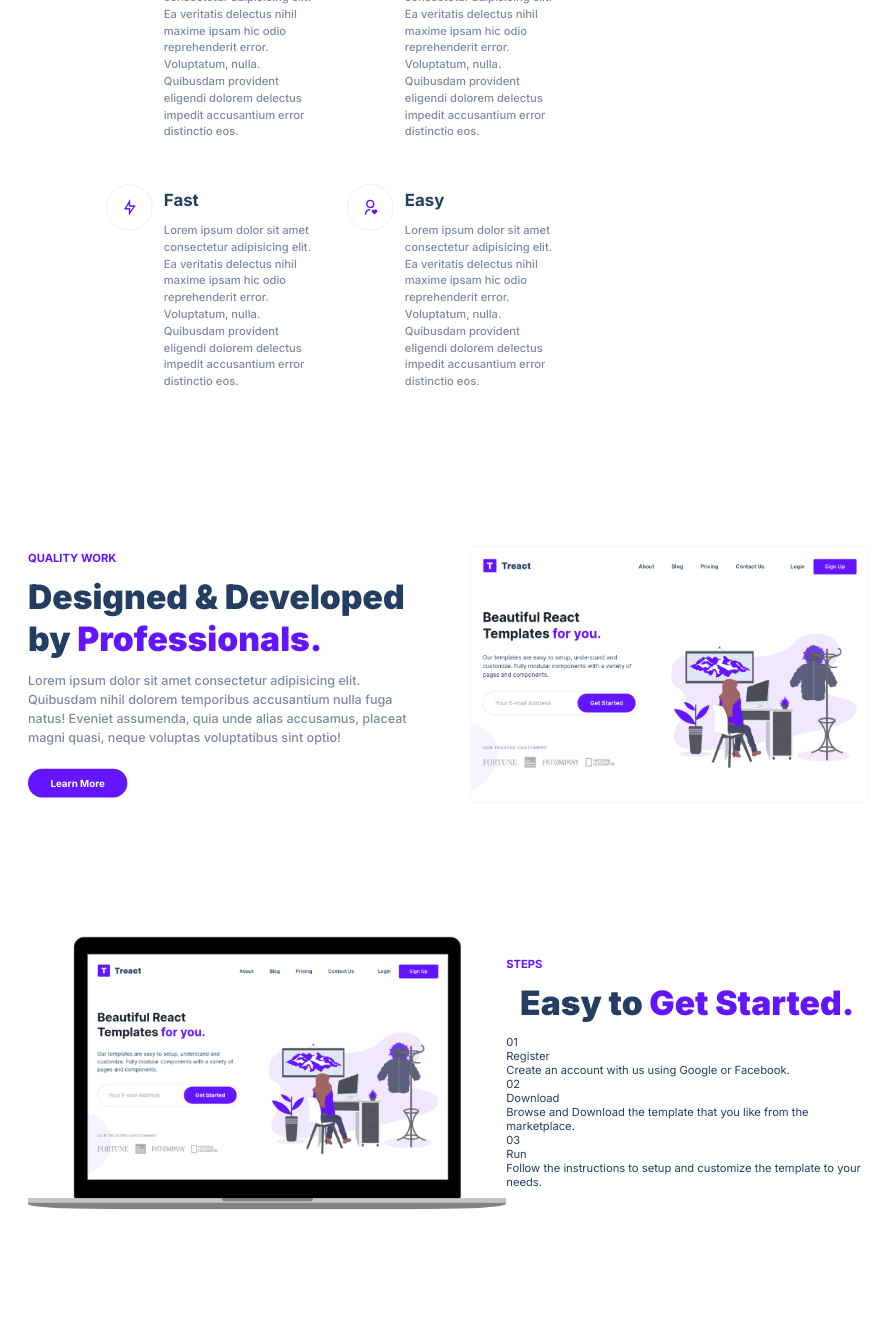
Repository: avivanguyen/m2_fianlProject
Page: index.html
The author's editor kept a copy of each file at every save. The page is drawn from the files as they stood at one save, then again after a run of saves.
The browser window is 1280 px wide. The pictures show the part of the page from y = 1555 to 3475 px (the page is 3475 px tall before and 3428 px after), at 70% of full size.
Some web libraries are served in a nearby version.

Above is the page before, as saved 2025-12-09 02:26:06.

After the next 3 saves:
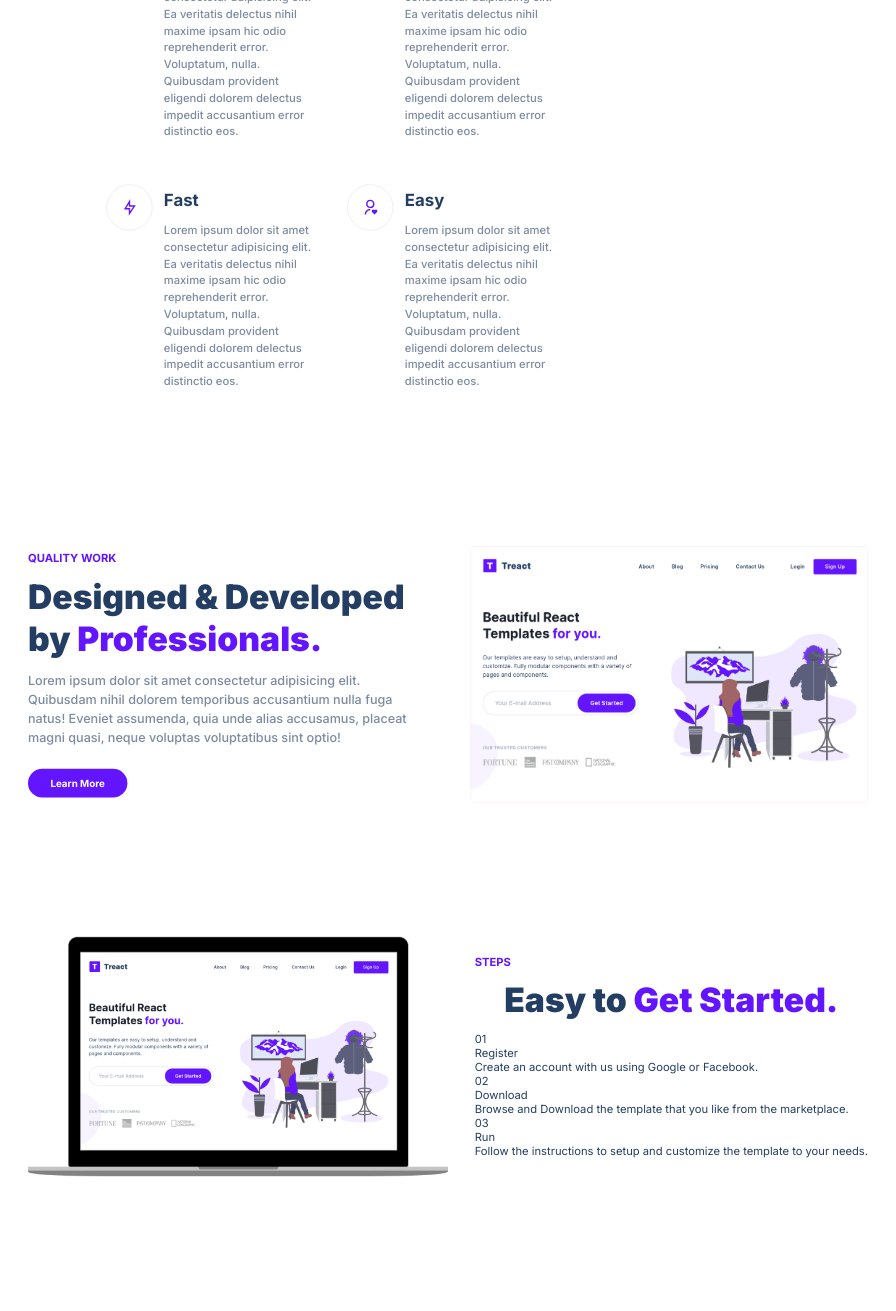
The 3 saves are shown as one change because they came seconds apart.
The last was saved 8 s later.
--- a/styles.css
+++ b/styles.css
@@ -344,4 +344,6 @@ Steps styling
 
 .steps__img--wrapper {
     display: flex;
-}
+    width: 50%;
+    position: relative;
+}
